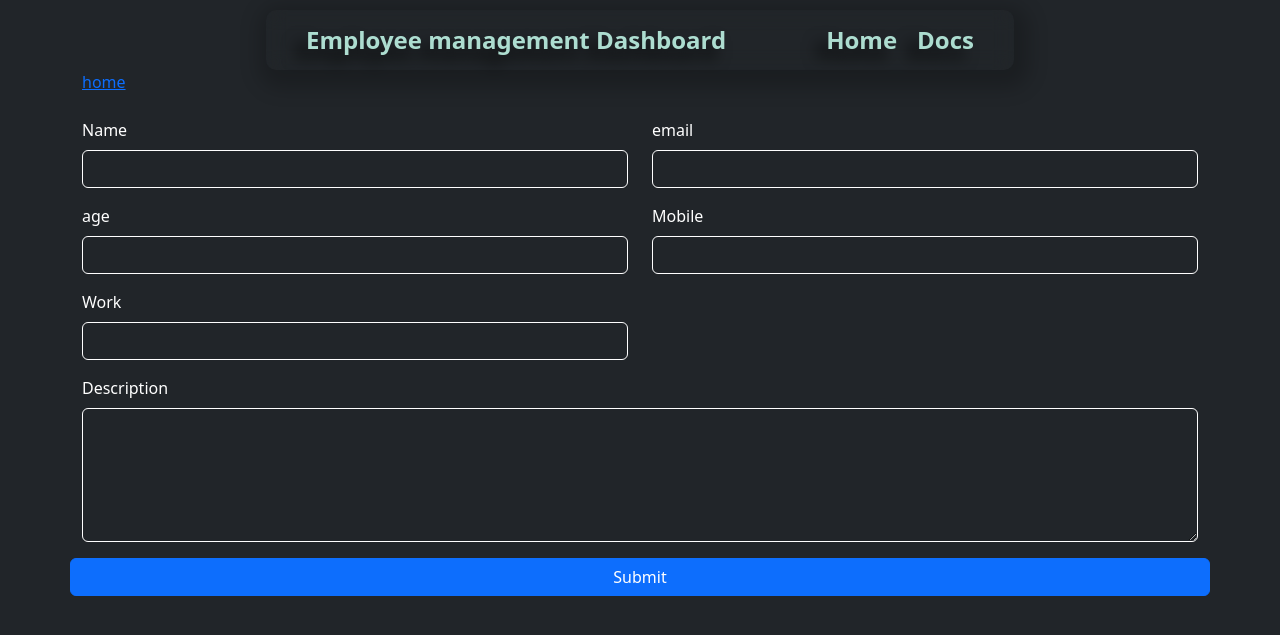
Repository: iamevs/Employee-Management-System
Page: /register (app in client/)
The author's editor kept a copy of each file at every save. The page is drawn from the files as they stood at one save, then again after the next save.
The browser window is 1280 px wide. The pictures show the whole page.
The project was rebuilt for these pictures with package versions that can differ from the ones it lists, and the page was loaded fresh each time. Also part of the build but not shown: client/vite.config.js, client/src/components/Home.jsx, client/src/components/Edit.jsx, client/src/components/Hero.jsx. Imported but missing from the stored project, and not drawn on this page: client/src/components/Details.

Above is the page before, as saved 2022-11-29 00:45:44.

### client/index.html
<html lang="en">
  <head>
    <meta charset="UTF-8" />
    <link rel="icon" type="image/svg+xml" href="/vite.svg" />
    <meta name="viewport" content="width=device-width, initial-scale=1.0" />
    <title>employee-management</title>
  </head>
  <body>
    <div id="root"></div>
    <script type="module" src="/src/main.jsx"></script>
  </body>
</html>

### client/src/main.jsx
import React, { StrictMode } from 'react';
import ReactDOM from 'react-dom';
import { createRoot } from "react-dom/client";
import './index.css';
import App from './App';
import { BrowserRouter } from "react-router-dom"
import ContextProvider from "./components/context/ContextProvider";
// root.render(
//   <StrictMode>
//   <ContextProvider>
//     <BrowserRouter>
//       <App />
//     </BrowserRouter>
//   </ContextProvider>
//   </StrictMode>
//   ,
//   document.getElementById('root')
// );


createRoot(document.getElementById('root')).render(
  <ContextProvider>
    <BrowserRouter>
      <App />
    </BrowserRouter>
  </ContextProvider>
)

### client/src/index.css
body {
  margin: 0;
  font-family: -apple-system, BlinkMacSystemFont, 'Segoe UI', 'Roboto', 'Oxygen',
    'Ubuntu', 'Cantarell', 'Fira Sans', 'Droid Sans', 'Helvetica Neue',
    sans-serif;
  -webkit-font-smoothing: antialiased;
  -moz-osx-font-smoothing: grayscale;
  background-color: #212529 !important;
  color: #fff !important;
}

code {
  font-family: source-code-pro, Menlo, Monaco, Consolas, 'Courier New',
    monospace;
}

.btns{
  display: flex;
  justify-content: space-between;
}

.btns > .tool, .tool{
  /* border: 1px solid #fff; */
  backdrop-filter: blur(10px);
  box-shadow: 0px 0px 9px 1px rgb(0 0 0 / 35%);
}

.form-control{
  background-color: #212529 !important;
  color: #C8DBBE !important;
  border: 1px solid #fff !important;
}

### client/src/App.jsx
import './App.css';
import "../node_modules/bootstrap/dist/css/bootstrap.min.css"
import "../node_modules/bootstrap/dist/js/bootstrap.bundle.min.js"
import Navbar from './components/Navbar';
import Home from './components/Home';
import Register from './components/Register';
import Edit from './components/Edit';
import Details from './components/Details';
import Hero from "./components/Hero.jsx";
import {Routes,Route} from "react-router-dom"




function App() {
  return (
   <>
    <Navbar />
    <Routes>
      <Route path="/" element={<Hero/>} />
      <Route  path="/home" element={<Home/>} />
      <Route exact path="/register" element={<Register/>} />
      <Route exact path="/edit/:id" element={<Edit/>} />
      <Route exact path="/view/:id" element={<Details/>} />
    </Routes>

   </>
  );
}

export default App;

### client/src/components/context/ContextProvider.jsx
import React, { createContext, useState } from 'react'


export const adddata = createContext("");
export const updatedata = createContext("");
export const deldata = createContext("");

const ContextProvider = ({ children }) => {

    const [udata, setUdata] = useState("");
    const [updata, setUPdata] = useState("");
    const [dltdata, setDLTdata] = useState("");


    return (
        <adddata.Provider value={{ udata, setUdata }}>
            <updatedata.Provider value={{ updata, setUPdata }}>
                <deldata.Provider value={{dltdata, setDLTdata}}>
                    {children}
                </deldata.Provider>

            </updatedata.Provider>

        </adddata.Provider>
    )
}

export default ContextProvider;

### client/src/App.css
.add_btn{
  text-align: right;
}

.container{
  overflow: auto;
}

.left_view h3{
  font-size: 21px;
}

.left_view p{
  font-weight: 600;
}

.left_view span{
  font-weight: 400;
}

.right_view p{
  font-weight: 600;
}


.right_view span{
  font-weight: 400;
}

### client/src/components/Navbar.jsx
import React from 'react'
import { NavLink } from 'react-router-dom'
import { Box, Stack } from "@mui/material";


const Navbar = () => {
    return (
        <Stack justifyContent={"center"} direction={"row"} marginTop={"10px"}>
            <Box justifyContent={"space-between"} alignItems={"center"} className="navbar navbar-expand-lg text-white" sx={{
                backgroundColor: "transparent",
                backdropFilter: "blur(10px) !important",
                position: "relative",
                color: "white",
                boxShadow: "4px 7px 20px 11px rgb(0 0 0 / 20%)",
                height: "60px",
                padding: "0 40px 0 40px",
                width: "auto",
                borderRadius: "10px"
            }}>
                <Box sx={{
                    fontSize: "1.5rem",
                    color: "#ADDDD0",
                    fontWeight: "600",
                    textShadow: "-10px 10px 15px rgba(0, 0, 0, 0.8)",
                    marginRight: "100px"
                }}>Employee management Dashboard</Box>
                <Box direction={"row"}>
                    <a href="/home" style={{
                        fontSize: "1.5rem",
                        color: "#ADDDD0",
                        fontWeight: "600",
                        textShadow: "-10px 10px 15px rgba(0, 0, 0, 0.8)",
                        textDecoration: "none",
                    }}>Home</a>
                    <a href="/" style={{
                        fontSize: "1.5rem",
                        color: "#ADDDD0",
                        fontWeight: "600",
                        textShadow: "-10px 10px 15px rgba(0, 0, 0, 0.8)",
                        textDecoration: "none",
                        marginLeft: "20px"
                    }}>Docs</a>

                </Box>
            </Box>
        </Stack>
    )
}

export default Navbar

### client/src/components/Register.jsx
import React, { useContext, useState } from 'react'
import { NavLink, useNavigate } from 'react-router-dom'
import { adddata } from './context/ContextProvider';

var link = "http://localhost:8001/create";

const Register = () => {

    const { udata, setUdata } = useContext(adddata);

    const history = useNavigate();

    const [inpval, setINP] = useState({
        name: "",
        email: "",
        age: "",
        mobile: "",
        work: "",
        desc: ""
    })

    const setdata = (e) => {
        console.log(e.target.value);
        const { name, value } = e.target;
        setINP((preval) => {
            return {
                ...preval,
                [name]: value
            }
        })
    }


    const addinpdata = async (e) => {
        e.preventDefault();

        const { name, email, work, mobile, desc, age } = inpval;


        if (name == "") {
            alert("name is required")
        } else if (email == "") {
            alert("email is required")
        } else if (!email.includes("@")) {
            alert("enter valid email")
        } else if (work == "") {
            alert("work is required")
        } else if (mobile == "") {
            alert("emp id is required")
        } else if (age == "") {
            alert("age is required")
        } else {

            const res = await fetch(link, {
                method: "POST",
                headers: {
                    "Content-Type": "application/json"
                },
                body: JSON.stringify({
                    name, email, work, mobile, desc, age
                })
            });

            const data = await res.json();
            console.log(data);

            if (res.status === 422 || !data) {
                console.log("error ");
                alert("error");

            } else {
                history("/home");
                setUdata(data)
                console.log("data added");

            }
        }

    }

    return (
        <div className="container">
            <NavLink to="/home">home</NavLink>
            <form className="mt-4">
                <div className="row">
                    <div class="mb-3 col-lg-6 col-md-6 col-12">
                        <label for="exampleInputEmail1" class="form-label">Name</label>
                        <input type="text" value={inpval.name} onChange={setdata} name="name" class="form-control" id="exampleInputEmail1" aria-describedby="emailHelp" />
                    </div>
                    <div class="mb-3 col-lg-6 col-md-6 col-12">
                        <label for="exampleInputPassword1" class="form-label">email</label>
                        <input type="email" value={inpval.email} onChange={setdata} name="email" class="form-control" id="exampleInputPassword1" />
                    </div>
                    <div class="mb-3 col-lg-6 col-md-6 col-12">
                        <label for="exampleInputPassword1" class="form-label">age</label>
                        <input type="text" value={inpval.age} onChange={setdata} name="age" class="form-control" id="exampleInputPassword1" />
                    </div>
                    <div class="mb-3 col-lg-6 col-md-6 col-12">
                        <label for="exampleInputPassword1" class="form-label">Mobile</label>
                        <input type="number" value={inpval.mobile} onChange={setdata} name="mobile" class="form-control" id="exampleInputPassword1" />
                    </div>
                    <div class="mb-3 col-lg-6 col-md-6 col-12">
                        <label for="exampleInputPassword1" class="form-label">Work</label>
                        <input type="text" value={inpval.work} onChange={setdata} name="work" class="form-control" id="exampleInputPassword1" />
                    </div>
                    <div class="mb-3 col-lg-12 col-md-12 col-12">
                        <label for="exampleInputPassword1" class="form-label">Description</label>
                        <textarea name="desc" value={inpval.desc} onChange={setdata} className="form-control" id="" cols="30" rows="5"></textarea>
                    </div>

                    <button type="submit" onClick={addinpdata} class="btn btn-primary">Submit</button>
                </div>
            </form>
        </div>
    )
}
export default Register;

After the next save:
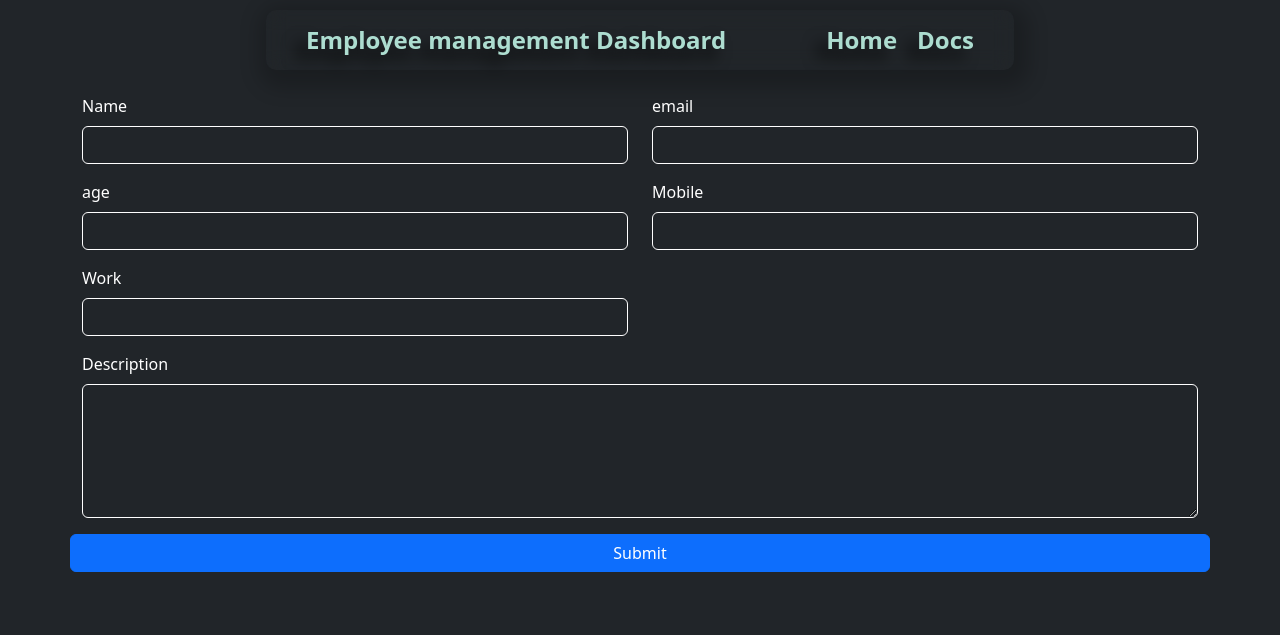
Saved 2 min 2 s later.
--- a/client/src/components/Register.jsx
+++ b/client/src/components/Register.jsx
@@ -80,7 +80,6 @@ const Register = () => {
 
     return (
         <div className="container">
-            <NavLink to="/home">home</NavLink>
             <form className="mt-4">
                 <div className="row">
                     <div class="mb-3 col-lg-6 col-md-6 col-12">
